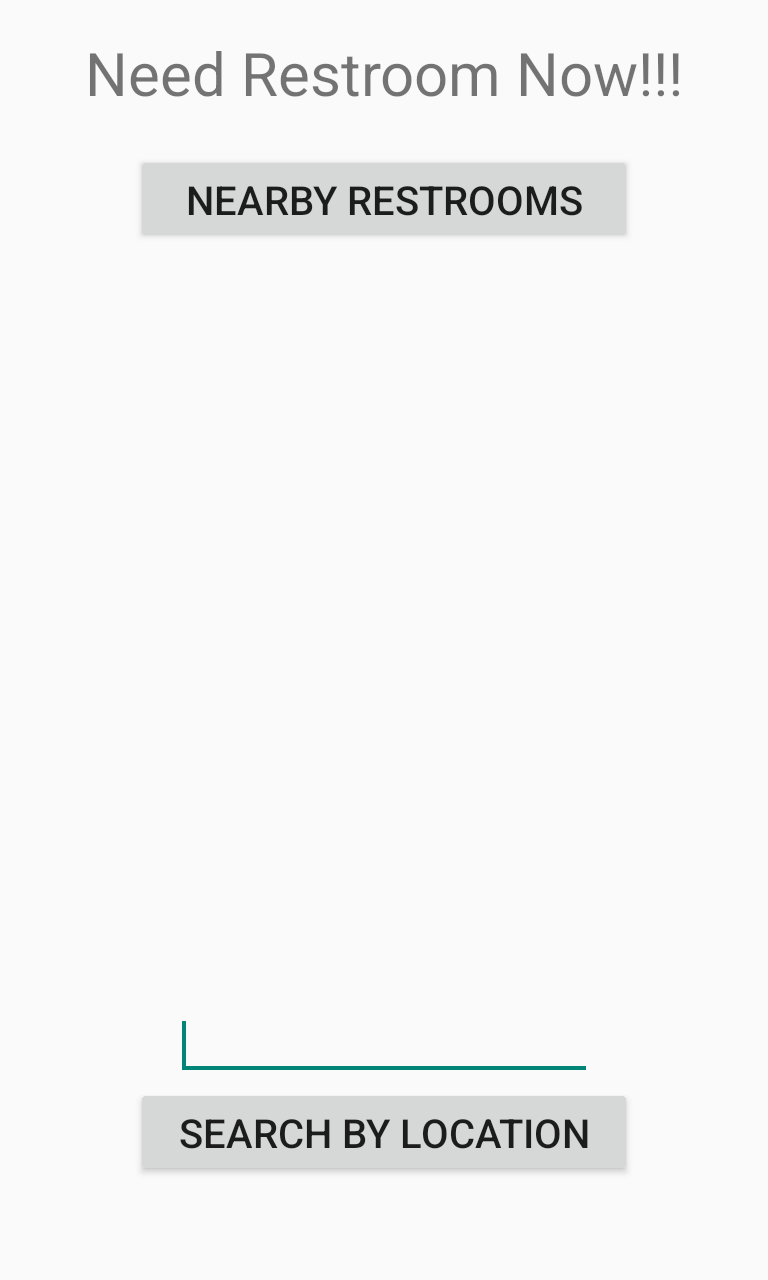
Repository: SarahDowlath/DebraGotToGo
Layout: GottahGo!/res/layout/fragment_main.xml
The author's editor kept a copy of each file at every save. The layout is drawn from the files as they stood at one save, then again after the next save.
It is drawn on a 768 x 1280 px phone screen (xhdpi) without system bars, with theme AppTheme; the app's code is not run.

Above is the layout before, as saved 2014-07-08 16:57:26.

### GottahGo!/res/layout/fragment_main.xml
<RelativeLayout xmlns:android="http://schemas.android.com/apk/res/android"
    xmlns:tools="http://schemas.android.com/tools"
    android:layout_width="match_parent"
    android:layout_height="match_parent"

    android:paddingBottom="@dimen/activity_vertical_margin"
    android:paddingLeft="@dimen/activity_horizontal_margin"
    android:paddingRight="@dimen/activity_horizontal_margin"
    android:paddingTop="@dimen/activity_vertical_margin"
    tools:context="com.papodec.gottahgo.MainActivity$PlaceholderFragment" >


    <TextView
        android:id="@+id/textView2"
        android:layout_width="fill_parent"
        android:layout_height="wrap_content"
         android:text="@string/ref"
         android:textSize = "30sp"
         android:layout_gravity= "center"
         android:gravity="center"
        />

    <Button
         android:id="@+id/bmap"
        android:layout_width="250dp"
        android:layout_height="wrap_content"
        android:layout_below="@+id/textView2"
        android:layout_centerHorizontal="true"
        android:layout_marginTop="19dp"
        android:text="@string/banner"
        android:textSize="20sp" />

    <Button
        android:id="@+id/bsearch"
        android:layout_width="250dp"
        android:layout_height="wrap_content"
        android:layout_alignLeft="@+id/bmap"
        android:layout_alignParentBottom="true"
        android:layout_marginBottom="34dp"
        android:text="@string/search"
        android:textSize="20sp" />

    <EditText
        android:id="@+id/editText1"
        android:layout_width="wrap_content"
        android:layout_height="wrap_content"
        android:layout_above="@+id/bsearch"
        android:layout_centerHorizontal="true"
        android:ems="10" >

        <requestFocus />
    </EditText>

</RelativeLayout>

### GottahGo!/res/values/styles.xml
<resources>

    <!--
        Base application theme, dependent on API level. This theme is replaced
        by AppBaseTheme from res/values-vXX/styles.xml on newer devices.
    -->
    <style name="AppBaseTheme" parent="Theme.AppCompat.Light">
        <!--
            Theme customizations available in newer API levels can go in
            res/values-vXX/styles.xml, while customizations related to
            backward-compatibility can go here.
        -->
    </style>

    <!-- Application theme. -->
    <style name="AppTheme" parent="AppBaseTheme">
        <!-- All customizations that are NOT specific to a particular API-level can go here. -->
    </style>


</resources>

### GottahGo!/res/values/strings.xml
<?xml version="1.0" encoding="utf-8"?>
<resources>

    <string name="app_name">GottahGo!</string>
    <string name="hello_world">Hello world!</string>
    <string name="action_settings">Settings</string>
    <string name="ref">Need Restroom Now!!!</string>

    <string name="banner">Nearby Restrooms</string>
    <string name="search">Search by Location</string>

</resources>

Loaded but not shown: GottahGo!/res/values-v11/styles.xml (common file); GottahGo!/res/values-v14/styles.xml (common file); GottahGo!/res/values/dimens.xml (common file); GottahGo!/res/values-w820dp/dimens.xml (common file)

After the next save:
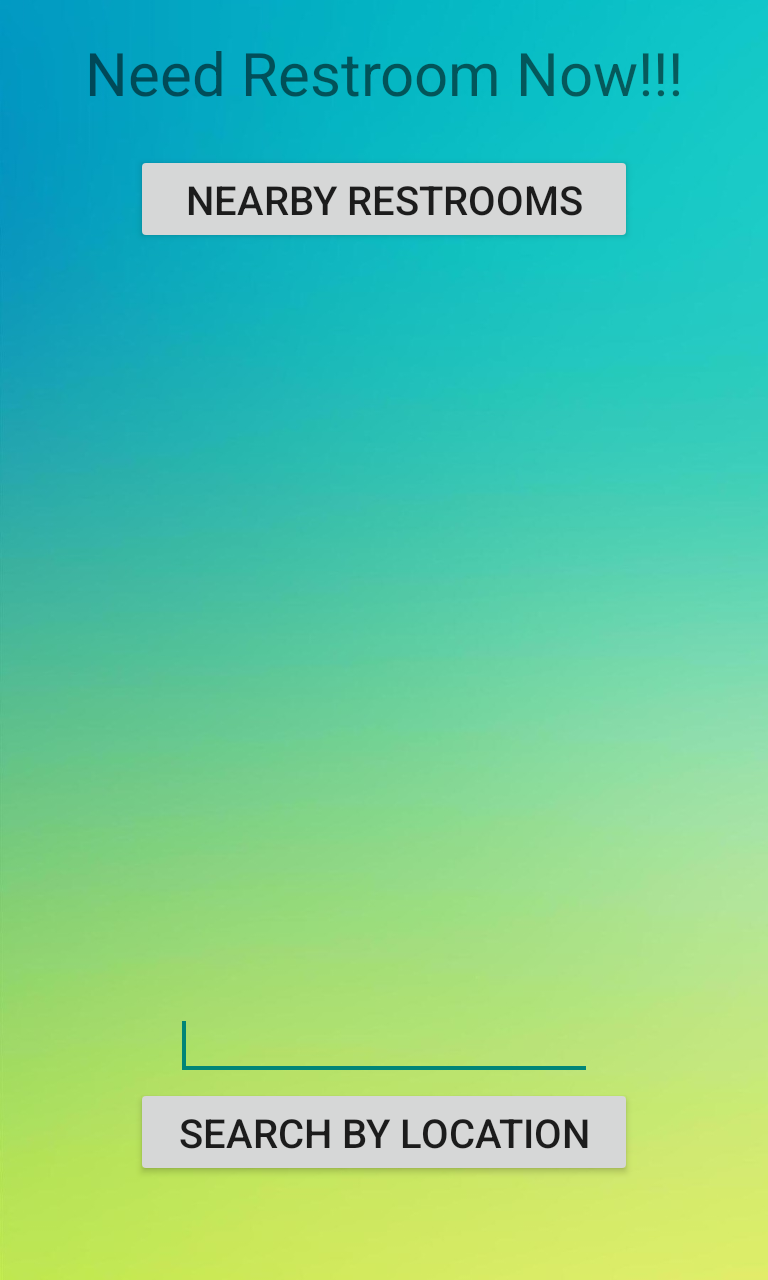
Saved 44 min 4 s later.
--- a/GottahGo!/res/layout/fragment_main.xml
+++ b/GottahGo!/res/layout/fragment_main.xml
@@ -2,13 +2,12 @@
     xmlns:tools="http://schemas.android.com/tools"
     android:layout_width="match_parent"
     android:layout_height="match_parent"
-
+    android:background="@drawable/simple"
     android:paddingBottom="@dimen/activity_vertical_margin"
     android:paddingLeft="@dimen/activity_horizontal_margin"
     android:paddingRight="@dimen/activity_horizontal_margin"
     android:paddingTop="@dimen/activity_vertical_margin"
     tools:context="com.papodec.gottahgo.MainActivity$PlaceholderFragment" >
-
 
     <TextView
         android:id="@+id/textView2"

After the save that followed:
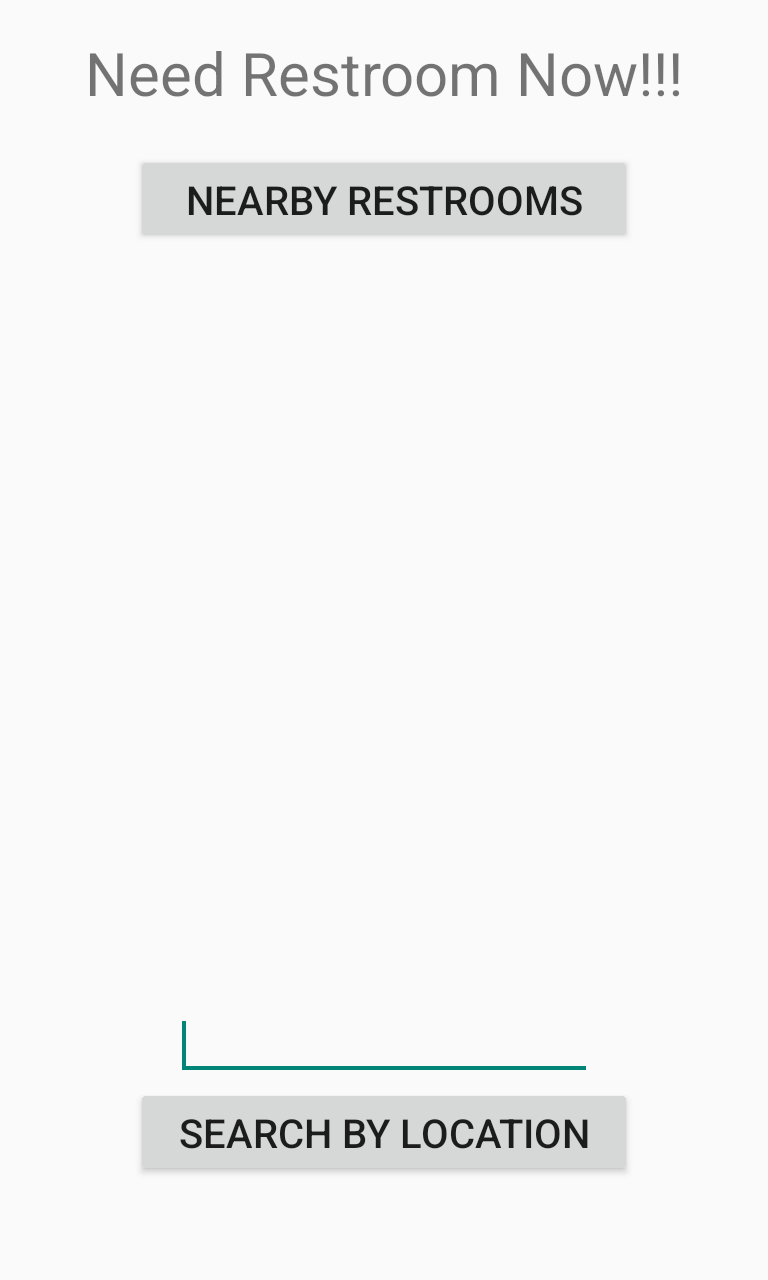
Saved 14 min 4 s later.
--- a/GottahGo!/res/layout/fragment_main.xml
+++ b/GottahGo!/res/layout/fragment_main.xml
@@ -2,7 +2,6 @@
     xmlns:tools="http://schemas.android.com/tools"
     android:layout_width="match_parent"
     android:layout_height="match_parent"
-    android:background="@drawable/simple"
     android:paddingBottom="@dimen/activity_vertical_margin"
     android:paddingLeft="@dimen/activity_horizontal_margin"
     android:paddingRight="@dimen/activity_horizontal_margin"
